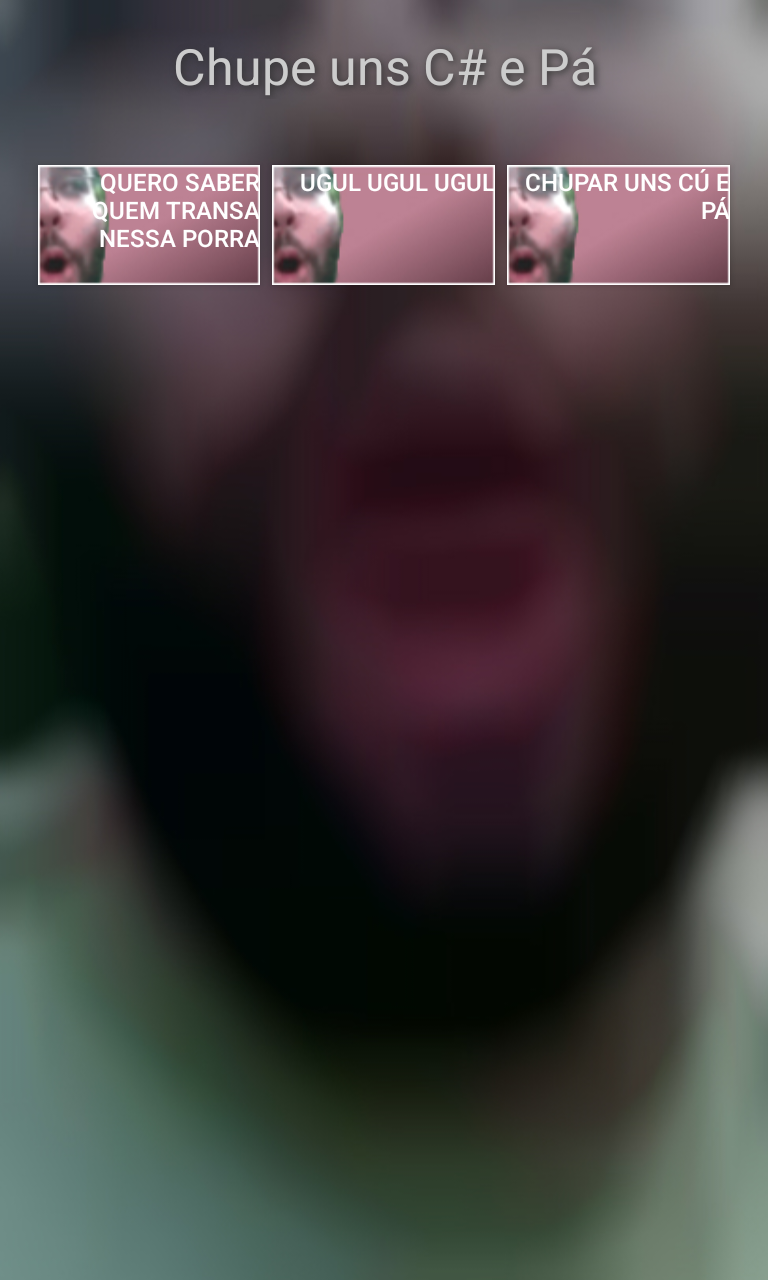
Repository: Cookahn/bioca_sounds
Layout: ChicoBiocaApp/res/layout/remix_activity.xml
An editor plug-in stored every save of this project. The layout is shown before and after a run of saves, followed by the edit.
It is drawn on a 768 x 1280 px phone screen (xhdpi) without system bars, with theme AppTheme; the app's code is not run.

Above is the layout before, as saved 2014-08-12 14:31:52.

### ChicoBiocaApp/res/layout/remix_activity.xml
<?xml version="1.0" encoding="utf-8"?>
<LinearLayout xmlns:android="http://schemas.android.com/apk/res/android"
    android:layout_width="match_parent"
    android:layout_height="match_parent"
    android:background="@drawable/backgroundtofuck"
    android:orientation="vertical"
    android:paddingBottom="@dimen/activity_vertical_margin"
    android:paddingLeft="@dimen/activity_horizontal_margin"
    android:paddingRight="@dimen/activity_horizontal_margin"
    android:paddingTop="@dimen/activity_vertical_margin" >

    <TextView
        android:layout_width="match_parent"
        android:layout_height="wrap_content"
        android:layout_marginBottom="30dp"
        android:gravity="center_horizontal"
        android:shadowColor="#333"
        android:shadowDx="2"
        android:shadowDy="2"
        android:shadowRadius="6"
        android:text="Chupe uns C# e Pá"
        android:textColor="#ccc"
        android:textSize="25sp" />

    <LinearLayout
        android:layout_width="match_parent"
        android:layout_height="wrap_content"
        android:orientation="horizontal"
        android:weightSum="3" >

        <Button
            android:layout_width="0dp"
            android:layout_height="wrap_content"
            android:layout_margin="3dp"
            android:layout_weight="1"
            android:background="@drawable/button_song"
            android:gravity="right"
            android:text="Quero saber quem transa nessa Porra"
            android:textColor="#fff"
            android:textSize="12sp" />

        <Button
            android:layout_width="0dp"
            android:layout_height="wrap_content"
            android:layout_margin="3dp"
            android:layout_weight="1"
            android:background="@drawable/button_song"
            android:gravity="right"
            android:text="ugul ugul ugul"
            android:textColor="#fff"
            android:textSize="12sp" />

        <Button
            android:layout_width="0dp"
            android:layout_height="wrap_content"
            android:layout_margin="3dp"
            android:layout_weight="1"
            android:background="@drawable/button_song"
            android:gravity="right"
            android:text="Chupar uns Cú e Pá"
            android:textColor="#fff"
            android:textSize="12sp" />
    </LinearLayout>

</LinearLayout>

Loaded but not shown: ChicoBiocaApp/res/values/styles.xml (common file); ChicoBiocaApp/res/values-v11/styles.xml (common file); ChicoBiocaApp/res/values-v14/styles.xml (common file); ChicoBiocaApp/res/values/dimens.xml (common file); ChicoBiocaApp/res/values-w820dp/dimens.xml (common file)

After the next 2 saves:
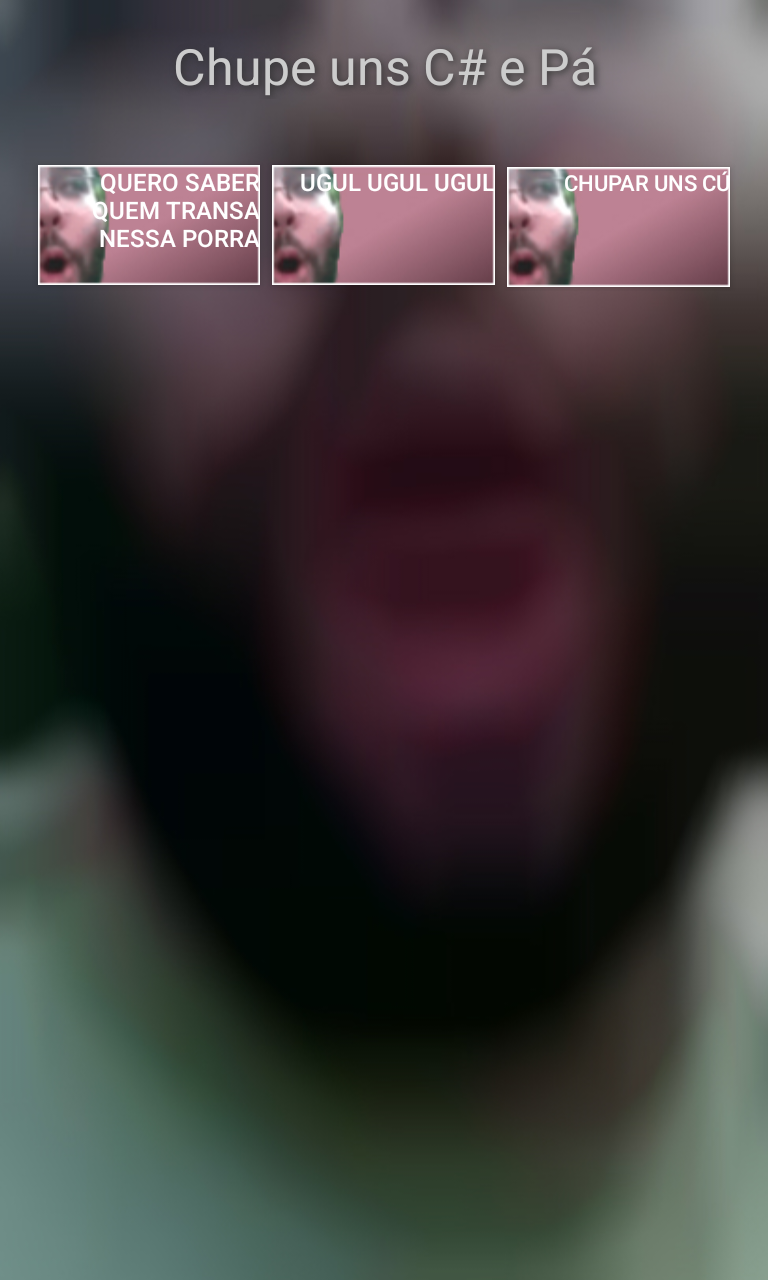
The 2 saves are shown as one change because they came seconds apart.
The last was saved 19 s later.
--- a/ChicoBiocaApp/res/layout/remix_activity.xml
+++ b/ChicoBiocaApp/res/layout/remix_activity.xml
@@ -57,9 +57,9 @@
             android:layout_weight="1"
             android:background="@drawable/button_song"
             android:gravity="right"
-            android:text="Chupar uns Cú e Pá"
+            android:text="Chupar uns Cú"
             android:textColor="#fff"
-            android:textSize="12sp" />
+            android:textSize="11sp" />
     </LinearLayout>
 
 </LinearLayout>
